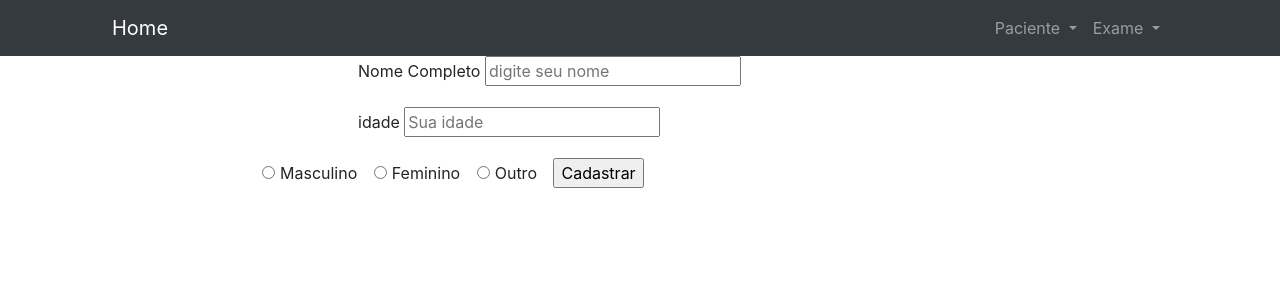
Repository: noobDevPRB/struts2_project
Page: http://localhost/Projeto_SOCTest/
These files come from the project's save history. The page is drawn as it stood at one moment and after the next save; the edit follows.
The browser window is 1280 px wide. The pictures show the whole page.
The page is served by Tomcat 9. Nobody is signed in. The application's start-up code is not run. Other server files are loaded and not shown.

Above is the page before, as saved 2020-10-17 18:40:22.

### Projeto_SOCTest/WebContent/index.jsp
<%@ page language="java" contentType="text/html; charset=ISO-8859-1" pageEncoding="ISO-8859-1"%>

<!DOCTYPE html>
<html lang="en">
<head>
  <!-- Required meta tags -->
  <meta charset="utf-8">
  <meta name="viewport" content="width=device-width, initial-scale=1, shrink-to-fit=no">
  <!-- Bootstrap CSS -->
  <link rel="stylesheet" href="https://cdn.jsdelivr.net/npm/bootstrap@4.5.3/dist/css/bootstrap.min.css">
  <title>Soc Teste</title>
</head>

<body>
	<nav class="navbar navbar-expand-lg navbar-dark bg-dark">
		<a class="navbar-brand pl-5 ml-5" href="http://localhost:8080/Projeto_SOCTest/">Home</a>

		<div class="collapse navbar-collapse" id="navbarSupportedContent">
			<ul class="navbar-nav ml-auto pr-5 mr-5">
				<li class="nav-item dropdown">
					<a class="nav-link dropdown-toggle" href="#" id="navbarDropdown" role="button" data-toggle="dropdown" aria-haspopup="true" aria-expanded="false">
					Paciente
					</a>
					<div class="dropdown-menu" aria-labelledby="navbarDropdown">
						<a class="dropdown-item" href="http://localhost:8080/Projeto_SOCTest/navegarCadastroPaciente">Cadastro</a>
						<a class="dropdown-item" href="http://localhost:8080/Projeto_SOCTest/listarPaciente">Listagem</a>
					</div>
				</li>
				<li class="nav-item dropdown">
					<a class="nav-link dropdown-toggle" href="#" id="navbarDropdown" role="button" data-toggle="dropdown" aria-haspopup="true" aria-expanded="false">
					Exame
					</a>
					<div class="dropdown-menu" aria-labelledby="navbarDropdown">
						<a class="dropdown-item" href="http://localhost:8080/Projeto_SOCTest/cadastrarExames">Cadastro</a>
						<a class="dropdown-item" href="http://localhost:8080/Projeto_SOCTest/listarExames">Listagem</a>
					</div>
				</li>
			</ul>
		</div>
	</nav>


	<div class="container">
		<div class="row">
			<div class="col-sm px-5 mx-5">
				<form class="px-5 mx-5" action="cadastrarPaciente"method="post">
					<div class="form-group px-5 mx-5">
						<label>Nome Completo</label>
						<input type="text" required="required" pattern="[a-z\s]+$" maxlength="40" placeholder="digite seu nome" name="paciente.nm_cmplt">
					</div>
					<div class="form-group px-5 mx-5">
						<label for="formGroupExampleInput2">idade</label>
						<input type="number" required="required" placeholder="Sua idade" name="paciente.idade">
					</div>

					<div class="form-check form-check-inline">
						<input class="form-check-input" type="radio" name="paciente.genero" value="masculino">
						<label class="form-check-label" for="inlineRadio1">Masculino</label>
					</div>
					<div class="form-check form-check-inline">
						<input class="form-check-input" type="radio" name="paciente.genero" value="feminino">
						<label class="form-check-label" for="inlineRadio2">Feminino</label>
					</div>
					<div class="form-check form-check-inline">
						<input class="form-check-input" type="radio" name="paciente.genero" value="outro">
						<label class="form-check-label" for="inlineRadio3">Outro</label>
					</div>

					<input type="submit" value="Cadastrar">
				</form>
			</div>
		</div>
	</div>

<script src="https://code.jquery.com/jquery-3.5.1.slim.min.js" integrity="sha384-DfXdz2htPH0lsSSs5nCTpuj/zy4C+OGpamoFVy38MVBnE+IbbVYUew+OrCXaRkfj" crossorigin="anonymous"></script>
<script src="https://cdn.jsdelivr.net/npm/bootstrap@4.5.3/dist/js/bootstrap.bundle.min.js" integrity="sha384-ho+j7jyWK8fNQe+A12Hb8AhRq26LrZ/JpcUGGOn+Y7RsweNrtN/tE3MoK7ZeZDyx" crossorigin="anonymous"></script>

</body>
</html>

After the next save:
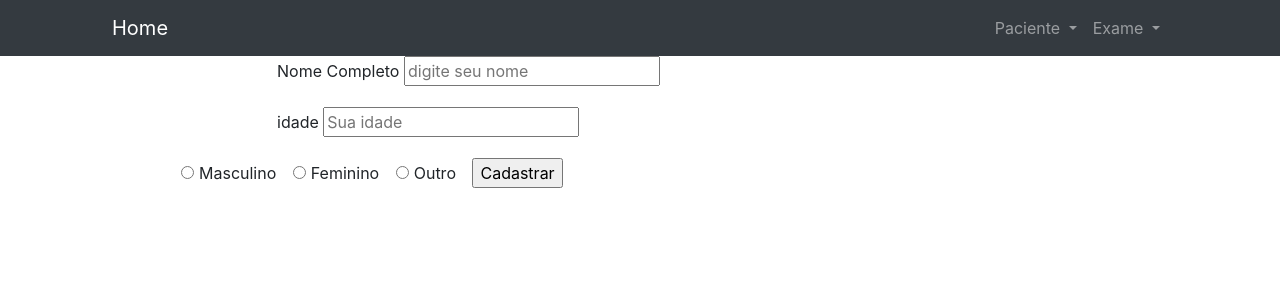
Saved 12 s later.
--- a/Projeto_SOCTest/WebContent/index.jsp
+++ b/Projeto_SOCTest/WebContent/index.jsp
@@ -42,7 +42,7 @@
 
 	<div class="container">
 		<div class="row">
-			<div class="col-sm px-5 mx-5">
+			<div class="col-sm">
 				<form class="px-5 mx-5" action="cadastrarPaciente"method="post">
 					<div class="form-group px-5 mx-5">
 						<label>Nome Completo</label>
